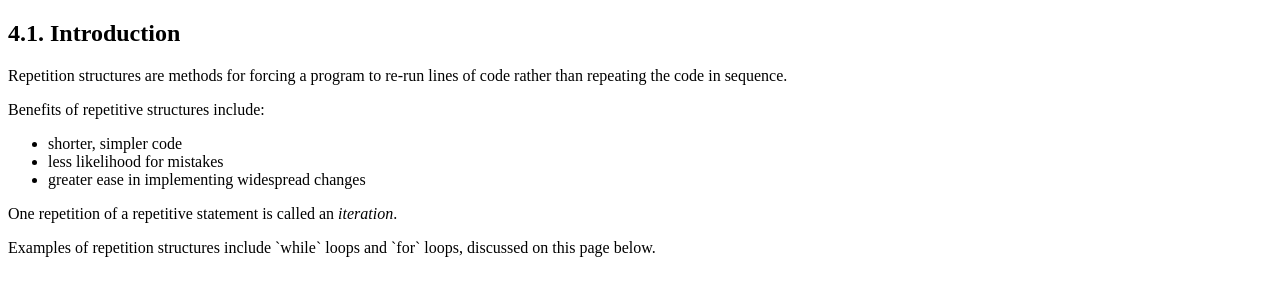
Repository: emnharris/FreeCodeCampChallenges
Page: responsive-web-design/technical-documentation-page/python-tutorial.html
An editor plug-in stored every save of this project. The page is shown before and after the next save, followed by the edit.
The browser window is 1280 px wide. The pictures show the whole page.

Above is the page before, as saved 2020-04-16 14:43:31.

After the next save:
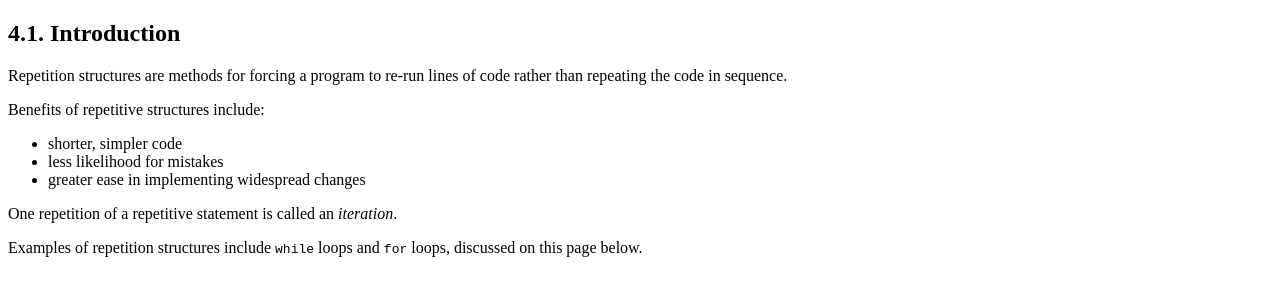
Saved 34 s later.
--- a/responsive-web-design/technical-documentation-page/python-tutorial.html
+++ b/responsive-web-design/technical-documentation-page/python-tutorial.html
@@ -31,7 +31,7 @@
 
                 <p>One repetition of a repetitive statement is called an <i>iteration</i>.</p>
 
-                <p>Examples of repetition structures include `while` loops and `for` loops, discussed on this page below.</p>
+                <p>Examples of repetition structures include <code>while</code> loops and <code>for</code> loops, discussed on this page below.</p>
             </section>
         </main>
     </body>
